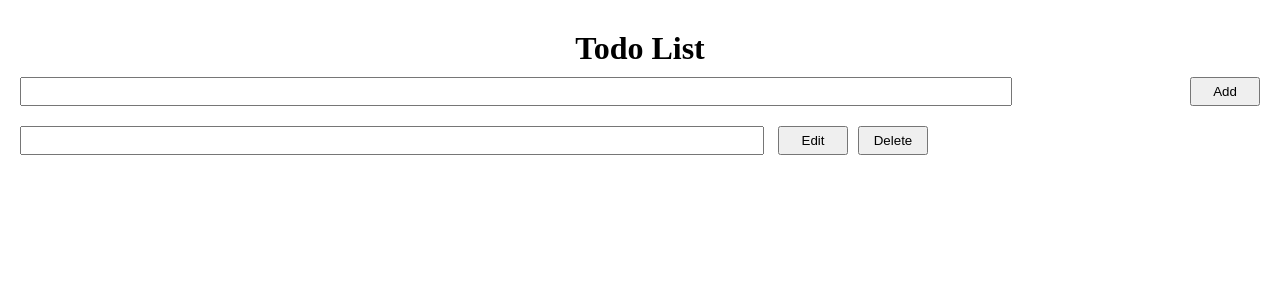
Repository: TENSAEA/----todo
Page: index.html
The author's editor kept a copy of each file at every save. The page is drawn from the files as they stood at one save, then again after the next save.
The browser window is 1280 px wide. The pictures show the whole page.

Above is the page before, as saved 2023-10-11 10:41:13.

### index.html
<!DOCTYPE html>
<html lang="en">
  <head>
    <meta charset="UTF-8" />
    <meta name="viewport" content="width=device-width, initial-scale=1.0" />
    <title>TodoList</title>
    <link rel="stylesheet" href="style.css" />
  </head>
  <body>
    <div class="container">
      <h1>Todo List</h1>
      <div class="header">
        <form class="form">
          <input type="Add-text" id="add" />
          <label for="add"><button>Add</button></label>
        </form>
      </div>
      <div class="list">
        <div class="list-hide">
          <ul id="list">
            <li>
              <input class="list-text" type="text" id="edit" />
              <label for="edit">
                <button class="edit">Edit</button
                ><button class="delete">Delete</button>
              </label>
            </li>
          </ul>
        </div>
      </div>
    </div>
    <script src="script.js"></script>
  </body>
</html>

### style.css
*{
   box-sizing:border-box;
   margin:0;
   padding:0;
}

.container{
    display: flex;
    flex-direction: column;
    padding: 20px;
}

.container h1{
    padding:10px;
    text-align:center;
}

.header{
    padding-bottom: 20px;
}

#add{
    padding: 5px;
    width:80%;
    float:left;
}
.form label button{
    padding:5px;
    width:70px;
    margin-left:10px;
    cursor: pointer;
    float:right;
}

.list{
    padding-bottom: 20px;
}

.list ul{
    list-style: none;
}

.list #list li .list-text{
    padding: 5px;
    width:60%
}
.edit,.delete{
    padding:5px;
    width:70px;
    margin-left:10px;
    cursor: pointer;
}

Loaded but not shown: script.js (no stored copy; drawn as an empty file)

After the next save:
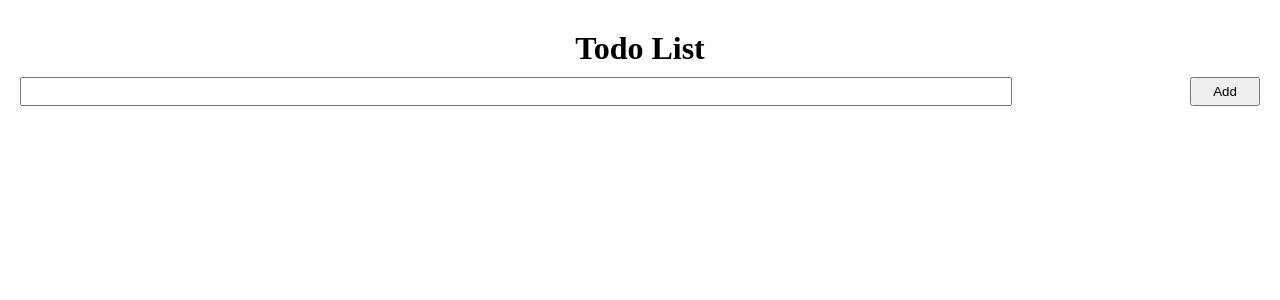
Saved 22 s later.
--- a/index.html
+++ b/index.html
@@ -16,7 +16,7 @@
         </form>
       </div>
       <div class="list">
-        <div class="list-hide">
+        <!-- <div class="list-hide">
           <ul id="list">
             <li>
               <input class="list-text" type="text" id="edit" />
@@ -26,7 +26,7 @@
               </label>
             </li>
           </ul>
-        </div>
+        </div> -->
       </div>
     </div>
     <script src="script.js"></script>

After the save that followed:
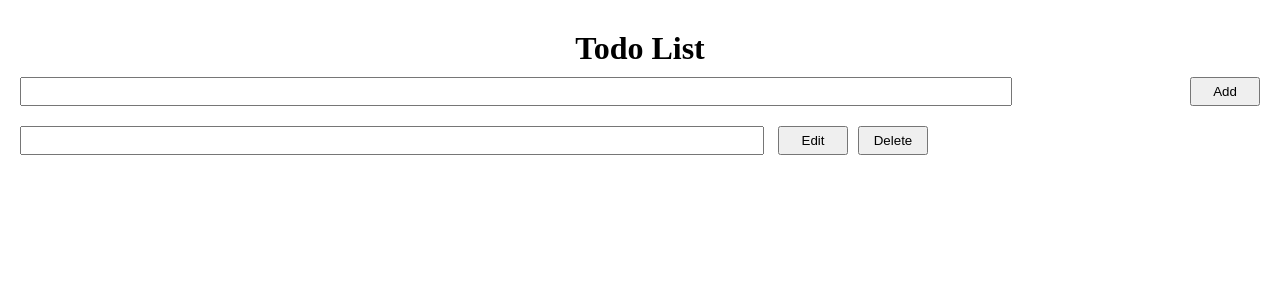
Saved 13 s later.
--- a/index.html
+++ b/index.html
@@ -16,7 +16,7 @@
         </form>
       </div>
       <div class="list">
-        <!-- <div class="list-hide">
+        <div class="list-hide">
           <ul id="list">
             <li>
               <input class="list-text" type="text" id="edit" />
@@ -26,7 +26,7 @@
               </label>
             </li>
           </ul>
-        </div> -->
+        </div>
       </div>
     </div>
     <script src="script.js"></script>
